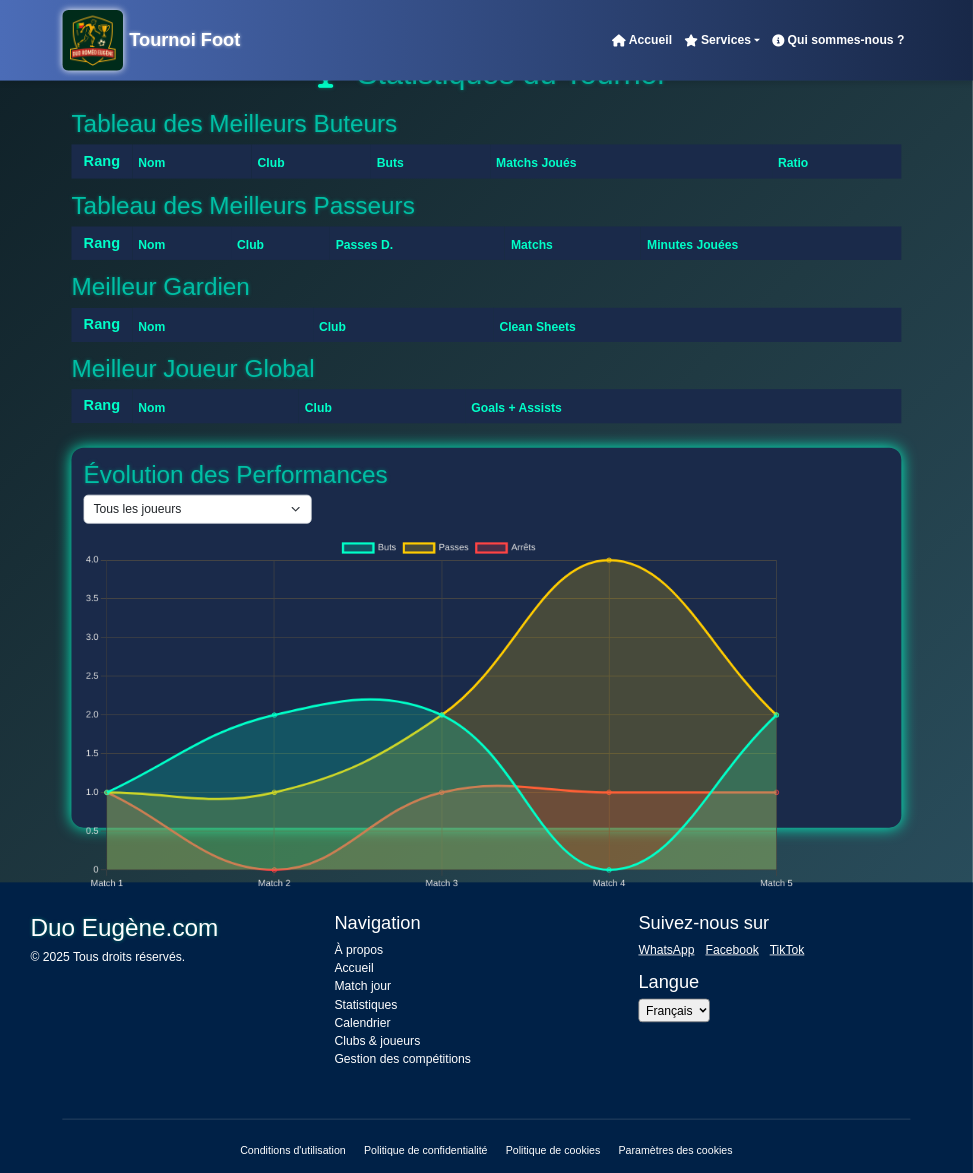
Repository: KILAYOSSI/tournoi_foot
Page: templates/pages/statistiques_football.html.twig
The author's editor kept a copy of each file at every save. The page is drawn from the files as they stood at one save, then again after the next save.
The browser window is 1280 px wide. The pictures show the whole page, at 76% of full size.
The page is a Twig template of a Symfony application; nobody is signed in and links lead nowhere. The template is opened directly, without the code that normally fills it, so the values that code supplies are empty.

Above is the page before, as saved 2025-06-27 03:39:38.

### templates/pages/statistiques_football.html.twig
{% extends 'base.html.twig' %}

{% block title %}Statistiques Football{% endblock %}

{% block stylesheets %}
    {{ parent() }}
    <link href="https://cdn.jsdelivr.net/npm/bootstrap@5.3.0/dist/css/bootstrap.min.css" rel="stylesheet" />
    <link href="https://cdnjs.cloudflare.com/ajax/libs/font-awesome/6.4.0/css/all.min.css" rel="stylesheet" />
    <style>
        body {
            background: linear-gradient(135deg, #0f2027, #203a43, #2c5364);
            color: #e0e0e0;
            font-family: 'Poppins', sans-serif;
        }
        h1, h2 {
            color: #00bfa5;
            text-shadow: 0 0 5px #00796b;
        }
        .table thead th {
            background: #1a2a4a;
            color: #00ffc8;
            border: none;
        }
        .table tbody tr {
            background: #16213e;
            transition: background-color 0.3s ease;
        }
        .table tbody tr:hover {
            background-color: #00ffc8;
            color: #0f3460;
            cursor: pointer;
        }
        .icon-soccer-ball {
            color: #00ffc8;
            margin-right: 0.5rem;
        }
        .chart-container {
            position: relative;
            height: 500px;
            margin-top: 2rem;
            background: #1a2a4a;
            border-radius: 1rem;
            padding: 1rem;
            box-shadow: 0 0 20px #00ffc8;
        }
        .filter-select {
            max-width: 300px;
            margin-bottom: 1rem;
        }
        .dark-mode {
            background: #121212;
            color: #e0e0e0;
        }
        .fade-in {
            animation: fadeIn 1s ease forwards;
        }
        @keyframes fadeIn {
            from {opacity: 0;}
            to {opacity: 1;}
        }
        /* Nouveau style pour le classement avec trophées */
        .rank-column {
            width: 80px;
            text-align: center;
            font-weight: bold;
            font-size: 1.2rem;
            color: #ffd700;
            position: relative;
        }
        .trophy {
            font-size: 1.5rem;
            position: absolute;
            top: -10px;
            right: -25px;
            animation: bounce 1s infinite alternate;
        }
        .trophy.first {
            color: gold;
        }
        .trophy.second {
            color: silver;
        }
        @keyframes bounce {
            from { transform: translateY(0); }
            to { transform: translateY(-10px); }
        }
    </style>
{% endblock %}

{% block body %}
<div class="container py-5">
    <h1 class="text-center mb-4"><i class="fas fa-trophy icon-soccer-ball"></i> Statistiques du Tournoi</h1>

    <h2>Tableau des Meilleurs Buteurs</h2>
    <table class="table table-striped table-hover">
        <thead>
            <tr>
                <th class="rank-column">Rang</th>
                <th>Nom</th>
                <th>Club</th>
                <th>Buts</th>
                <th>Matchs Joués</th>
                <th>Ratio</th>
            </tr>
        </thead>
        <tbody>
            {% for joueur in meilleursButeurs %}
            <tr>
                <td class="rank-column">
                    {{ loop.index }}
                    {% if loop.index == 1 %}
                        <span class="trophy first"><i class="fas fa-trophy"></i></span>
                    {% elseif loop.index == 2 %}
                        <span class="trophy second"><i class="fas fa-trophy"></i></span>
                    {% endif %}
                </td>
                <td>{{ joueur.nom }}</td>
                <td>{{ joueur.club }}</td>
                <td>{{ joueur.buts }}</td>
                <td>{{ joueur.matchs }}</td>
                <td>{{ joueur.ratio is defined ? joueur.ratio|number_format(2) : 'N/A' }}</td>
            </tr>
            {% endfor %}
        </tbody>
    </table>

    <h2>Tableau des Meilleurs Passeurs</h2>
    <table class="table table-striped table-hover">
        <thead>
            <tr>
                <th class="rank-column">Rang</th>
                <th>Nom</th>
                <th>Club</th>
                <th>Passes D.</th>
                <th>Matchs</th>
                <th>Minutes Jouées</th>
            </tr>
        </thead>
        <tbody>
            {% for joueur in meilleursPasseurs %}
            <tr>
                <td class="rank-column">
                    {{ loop.index }}
                    {% if loop.index == 1 %}
                        <span class="trophy first"><i class="fas fa-trophy"></i></span>
                    {% elseif loop.index == 2 %}
                        <span class="trophy second"><i class="fas fa-trophy"></i></span>
                    {% endif %}
                </td>
                <td>{{ joueur.nom }}</td>
                <td>{{ joueur.club }}</td>
                <td>{{ joueur.passes }}</td>
                <td>{{ joueur.matchs }}</td>
                <td>{{ joueur.minutes is defined ? joueur.minutes : 'N/A' }}</td>
            </tr>
            {% endfor %}
        </tbody>
    </table>

    <h2>Meilleur Gardien</h2>
    <table class="table table-striped table-hover">
        <thead>
            <tr>
                <th class="rank-column">Rang</th>
                <th>Nom</th>
                <th>Club</th>
                <th>Clean Sheets</th>
            </tr>
        </thead>
        <tbody>
            {% for gardien in meilleursGardiens %}
            <tr>
                <td class="rank-column">
                    {{ loop.index }}
                    {% if loop.index == 1 %}
                        <span class="trophy first"><i class="fas fa-trophy"></i></span>
                    {% elseif loop.index == 2 %}
                        <span class="trophy second"><i class="fas fa-trophy"></i></span>
                    {% endif %}
                </td>
                <td>{{ gardien.nom }}</td>
                <td>{{ gardien.club }}</td>
                <td>{{ gardien.cleanSheets }}</td>
            </tr>
            {% endfor %}
        </tbody>
    </table>

    <h2>Meilleur Joueur Global</h2>
    <table class="table table-striped table-hover">
        <thead>
            <tr>
                <th class="rank-column">Rang</th>
                <th>Nom</th>
                <th>Club</th>
                <th>Goals + Assists</th>
            </tr>
        </thead>
        <tbody>
            {% for joueur in meilleurJoueurGlobal %}
            <tr>
                <td class="rank-column">
                    {{ loop.index }}
                    {% if loop.index == 1 %}
                        <span class="trophy first"><i class="fas fa-trophy"></i></span>
                    {% elseif loop.index == 2 %}
                        <span class="trophy second"><i class="fas fa-trophy"></i></span>
                    {% endif %}
                </td>
                <td>{{ joueur.nom }}</td>
                <td>{{ joueur.club }}</td>
                <td>{{ joueur.goalsAssists }}</td>
            </tr>
            {% endfor %}
        </tbody>
    </table>

    <div class="chart-container">
        <h2>Évolution des Performances</h2>
        <select id="playerFilter" class="form-select filter-select" aria-label="Filtrer par joueur">
            <option value="all" selected>Tous les joueurs</option>
            {% for joueur in joueurs %}
                <option value="{{ joueur.id }}">{{ joueur.nom }}</option>
            {% endfor %}
        </select>
        <canvas id="performanceChart"></canvas>
    </div>
</div>

<script src="https://cdn.jsdelivr.net/npm/chart.js"></script>
<script>
    const ctx = document.getElementById('performanceChart').getContext('2d');
    let chart;

    const data = {
        labels: [], // Dates ou journées de match
        datasets: [
            {
                label: 'Buts',
                data: [],
                borderColor: '#00ffc8',
                backgroundColor: 'rgba(0, 255, 200, 0.2)',
                fill: true,
                tension: 0.4,
            },
            {
                label: 'Passes',
                data: [],
                borderColor: '#ffcc00',
                backgroundColor: 'rgba(255, 204, 0, 0.2)',
                fill: true,
                tension: 0.4,
            },
            {
                label: 'Arrêts',
                data: [],
                borderColor: '#ff4444',
                backgroundColor: 'rgba(255, 68, 68, 0.2)',
                fill: true,
                tension: 0.4,
            }
        ]
    };

    const config = {
        type: 'line',
        data: data,
        options: {
            responsive: true,
            interaction: {
                mode: 'nearest',
                intersect: false
            },
            plugins: {
                legend: {
                    labels: {
                        color: '#e0e0e0'
                    }
                },
                tooltip: {
                    mode: 'index',
                    intersect: false,
                }
            },
            scales: {
                x: {
                    ticks: { color: '#e0e0e0' },
                    grid: { color: '#444' }
                },
                y: {
                    beginAtZero: true,
                    ticks: { color: '#e0e0e0' },
                    grid: { color: '#444' }
                }
            }
        }
    };

    function updateChart(playerId) {
        // Simule des données aléatoires pour la démonstration
        const labels = ['Match 1', 'Match 2', 'Match 3', 'Match 4', 'Match 5'];
        const buts = [];
        const passes = [];
        const arrets = [];
        for (let i = 0; i < labels.length; i++) {
            buts.push(Math.floor(Math.random() * 3));
            passes.push(Math.floor(Math.random() * 5));
            arrets.push(Math.floor(Math.random() * 4));
        }
        chart.data.labels = labels;
        chart.data.datasets[0].data = buts;
        chart.data.datasets[1].data = passes;
        chart.data.datasets[2].data = arrets;
        chart.update();
    }

    window.onload = function() {
        chart = new Chart(ctx, config);
        updateChart('all');

        document.getElementById('playerFilter').addEventListener('change', function() {
            updateChart(this.value);
        });
    };
</script>
{% endblock %}

### templates/base.html.twig
<!DOCTYPE html>
<html lang="fr">
<head>
    <meta charset="UTF-8" />
    <meta name="viewport" content="width=device-width, initial-scale=1" />
    <title>{% block title %}Tournoi de Football Inter-Village{% endblock %}</title>
    <link href="https://cdn.jsdelivr.net/npm/bootstrap@5.3.0/dist/css/bootstrap.min.css" rel="stylesheet" />
    <link rel="stylesheet" href="{{ asset('css/style.css') }}" />
    <link rel="stylesheet" href="{{ asset('css/custom_home.css') }}" />
    {% block stylesheets %}{% endblock %}
</head>
<body>
    <header>
        <nav class="navbar navbar-expand-lg fixed-top" style="background: linear-gradient(90deg, #4b6cb7 0%, #182848 100%); box-shadow: 0 4px 6px rgba(0,0,0,0.1);">
            <div class="container">
                <a class="navbar-brand d-flex align-items-center" href="{{ path('home') }}" style="font-weight: bold; font-size: 1.5rem; color: white; text-shadow: 0 0 5px rgba(255,255,255,0.7);">
<img src="{{ asset('assets/WhatsApp Image 2025-06-23 à 13.44.55_704b8a70.jpg') }}" alt="Logo" height="80" class="d-inline-block align-text-top me-2" style="filter: drop-shadow(0 0 5px #fff); border-radius: 0.5rem; max-height: 100px; max-width: 100px; object-fit: contain;"/>
                    <span style="color: white;">Tournoi Foot</span>
                </a>
                <button
                    class="navbar-toggler border-0"
                    type="button"
                    data-bs-toggle="collapse"
                    data-bs-target="#megaNavbar"
                    aria-controls="megaNavbar"
                    aria-expanded="false"
                    aria-label="Toggle navigation"
                >
                    <span class="navbar-toggler-icon" style="filter: invert(1);"></span>
                </button>

                <div class="collapse navbar-collapse" id="megaNavbar">
                <ul class="navbar-nav ms-auto mb-2 mb-lg-0 fw-semibold">
                        <li class="nav-item">
                            <a class="nav-link text-white d-flex align-items-center" href="{{ path('home') }}" style="position: relative;">
                                <i class="fas fa-home me-1"></i> Accueil
                                <span class="nav-highlight"></span>
                            </a>
                        </li>
                        <li class="nav-item dropdown">
                            <a class="nav-link dropdown-toggle text-white d-flex align-items-center" href="#" id="servicesDropdown" role="button" data-bs-toggle="dropdown" aria-expanded="false" style="position: relative;">
                                <i class="fas fa-star me-1"></i> Services
                                <span class="nav-highlight"></span>
                            </a>
                            <ul class="dropdown-menu dropdown-menu-dark" aria-labelledby="servicesDropdown" style="background: linear-gradient(135deg, #667eea, #764ba2); border: none; box-shadow: 0 4px 10px rgba(0,0,0,0.3);">
                                <li><a class="dropdown-item text-white" href="{{ path('vote') }}"><i class="fas fa-vote-yea me-2"></i> Vote</a></li>
                                <li><a class="dropdown-item text-white" href="{{ path('match_du_jour') }}"><i class="fas fa-futbol me-2"></i> Matchs du jour</a></li>
                                <li><a class="dropdown-item text-white" href="{{ path('statistiques') }}"><i class="fas fa-chart-bar me-2"></i> Statistiques</a></li>
                                <li><a class="dropdown-item text-white" href="{{ path('calendrier') }}"><i class="fas fa-calendar-alt me-2"></i> Calendrier</a></li>
                                <li><a class="dropdown-item text-white" href="{{ path('clubs_joueurs') }}"><i class="fas fa-users me-2"></i> Clubs & Joueurs</a></li>
                            </ul>
                        </li>
                        <li class="nav-item">
                            <a class="nav-link text-white d-flex align-items-center" href="{{ path('about') }}" style="position: relative;">
                                <i class="fas fa-info-circle me-1"></i> Qui sommes-nous ?
                                <span class="nav-highlight"></span>
                            </a>
                        </li>
                        <li class="nav-item">
                            {# Suppression du menu Contact #}
                        </li>
                    </ul>
                </div>
            </div>
        </nav>
    </header>

    <main class="container my-4">
        {% block body %}{% endblock %}
    </main>

    {% include 'includes/footer.html.twig' %}

    <script src="https://cdn.jsdelivr.net/npm/bootstrap@5.3.0/dist/js/bootstrap.bundle.min.js"></script>
    {% block javascripts %}
    {% endblock %}
</body>
</html>

### templates/includes/footer.html.twig
<footer style="background-color:#002147; color:white; font-family:Arial, sans-serif; padding:40px 20px 20px 20px;">
    <div style="display:flex; flex-wrap:wrap; justify-content:space-between; max-width:1200px; margin:auto;">

        <!-- Logo & Nom -->
        <div style="flex:1; min-width:200px; margin-bottom:20px;">
            <h2 style="color:white;">Duo Eugène.com</h2>
            <p style="line-height:1.5;">© 2025 Tous droits réservés.</p>
        </div>

        <!-- Liens principaux -->
        <div style="flex:1; min-width:200px; margin-bottom:20px;">
            <h4>Navigation</h4>
            <ul style="list-style:none; padding:0;">
                <li><a href="{{ path('about') }}" style="color:white; text-decoration:none;">À propos</a></li>
                <li><a href="{{ path('home') }}" style="color:white; text-decoration:none;">Accueil</a></li>
                <li><a href="{{ path('match_du_jour') }}" style="color:white; text-decoration:none;">Match jour</a></li>
                <li><a href="{{ path('statistiques') }}" style="color:white; text-decoration:none;">Statistiques</a></li>
                <li><a href="{{ path('calendrier') }}" style="color:white; text-decoration:none;">Calendrier</a></li>
                <li><a href="{{ path('clubs_joueurs') }}" style="color:white; text-decoration:none;">Clubs & joueurs</a></li>
                <li><a href="#" style="color:white; text-decoration:none;">Gestion des compétitions</a></li>
            </ul>
        </div>

        <!-- Réseaux sociaux -->
        <div style="flex:1; min-width:200px; margin-bottom:20px;">
            <h4>Suivez-nous sur</h4>
            <p>
                <a href="#" style="color:white; margin-right:10px;">WhatsApp</a>
                <a href="#" style="color:white; margin-right:10px;">Facebook</a>
                <a href="#" style="color:white;">TikTok</a>
            </p>

            <h4>Langue</h4>
            <select style="padding:5px; border-radius:5px;">
                <option value="fr">Français</option>
                <option value="en">English</option>
            </select>
        </div>
    </div>

    <hr style="margin:30px auto; width:90%; border-color:#ccc;">

    <!-- Conditions légales -->
    <div style="text-align:center; font-size:14px;">
        <a href="#" style="color:white; margin:0 10px; text-decoration:none;">Conditions d'utilisation</a>
        <a href="#" style="color:white; margin:0 10px; text-decoration:none;">Politique de confidentialité</a>
        <a href="#" style="color:white; margin:0 10px; text-decoration:none;">Politique de cookies</a>
        <a href="#" style="color:white; margin:0 10px; text-decoration:none;">Paramètres des cookies</a>
    </div>
</footer>

### public/css/style.css
/* Style CSS with hover effect green, enlarged statistics title and numbers */

.navbar-nav .nav-link.dropdown-toggle.fs-4.fw-bold.text-danger {
    color: #28a745 !important; /* green color */
}

.navbar-nav .dropdown-menu {
    border: 2px solid #28a745 !important; /* green border */
}

.navbar-nav .nav-link.statistiques-link {
    font-size: 1.2rem;
    font-weight: bold;
    color: #28a745 !important;
}

.cartons-table tbody tr:hover {
    transform: translateY(-5px);
    background-color: #d4edda; /* light green background on hover */
}

h1.text-center.mb-4.fw-bold {
    font-size: 2.5rem !important; /* enlarged title */
    color: #28a745 !important;
}

/* Additional styling for footer */
footer.bg-dark.text-white.text-center.py-5 {
    font-size: 1.1rem;
}

/* Add any other styles you remember from your modifications here */

### public/css/custom_home.css
.custom-margin {
    margin-right: 20px !important;
    float: left !important;
}

.margin-right-only {
    margin-right: 20px !important;
}

/* Styles pour le ticker d'informations défilantes */
.ticker-container {
    width: 100%;
    overflow: hidden;
    background-color: transparent;
    border-top: 1px solid #000;
    border-bottom: 1px solid #000;
    padding: 10px 0;
    box-sizing: border-box;
    position: relative;
    height: 30px;
}

.ticker-text {
    display: inline-block;
    white-space: nowrap;
    color: black;
    font-size: 1rem;
    position: absolute;
    will-change: transform;
    animation: ticker-scroll 15s linear infinite;
}

@keyframes ticker-scroll {
    0% {
        transform: translateX(100%);
    }
    100% {
        transform: translateX(-100%);
    }
}

/* Ajout d'un effet de surbrillance vert gazon sur les éléments du menu navbar */
.navbar-nav .nav-link {
  position: relative;
  transition: background-color 0.3s ease;
}

.navbar-nav .nav-link:hover,
.navbar-nav .nav-link:focus {
  background-color: #4CAF50 !important; /* Couleur vert gazon */
  border-radius: 0.25rem;
  color: white !important;
  z-index: 10;
}

.dropdown-menu .dropdown-item:hover,
.dropdown-menu .dropdown-item:focus {
  background-color: #4CAF50 !important; /* Couleur vert gazon */
  color: white !important;
  cursor: pointer;
  border-radius: 0.25rem;
}

.navbar-nav .nav-link .nav-highlight {
  position: absolute;
  bottom: 0;
  left: 0;
  height: 3px;
  width: 100%;
  background-color: #4CAF50 !important; /* Couleur vert gazon */
  border-radius: 2px 2px 0 0;
  opacity: 0;
  transition: opacity 0.3s ease;
}

.navbar-nav .nav-link:hover .nav-highlight,
.navbar-nav .nav-link:focus .nav-highlight {
  opacity: 1;
}

After the next save:
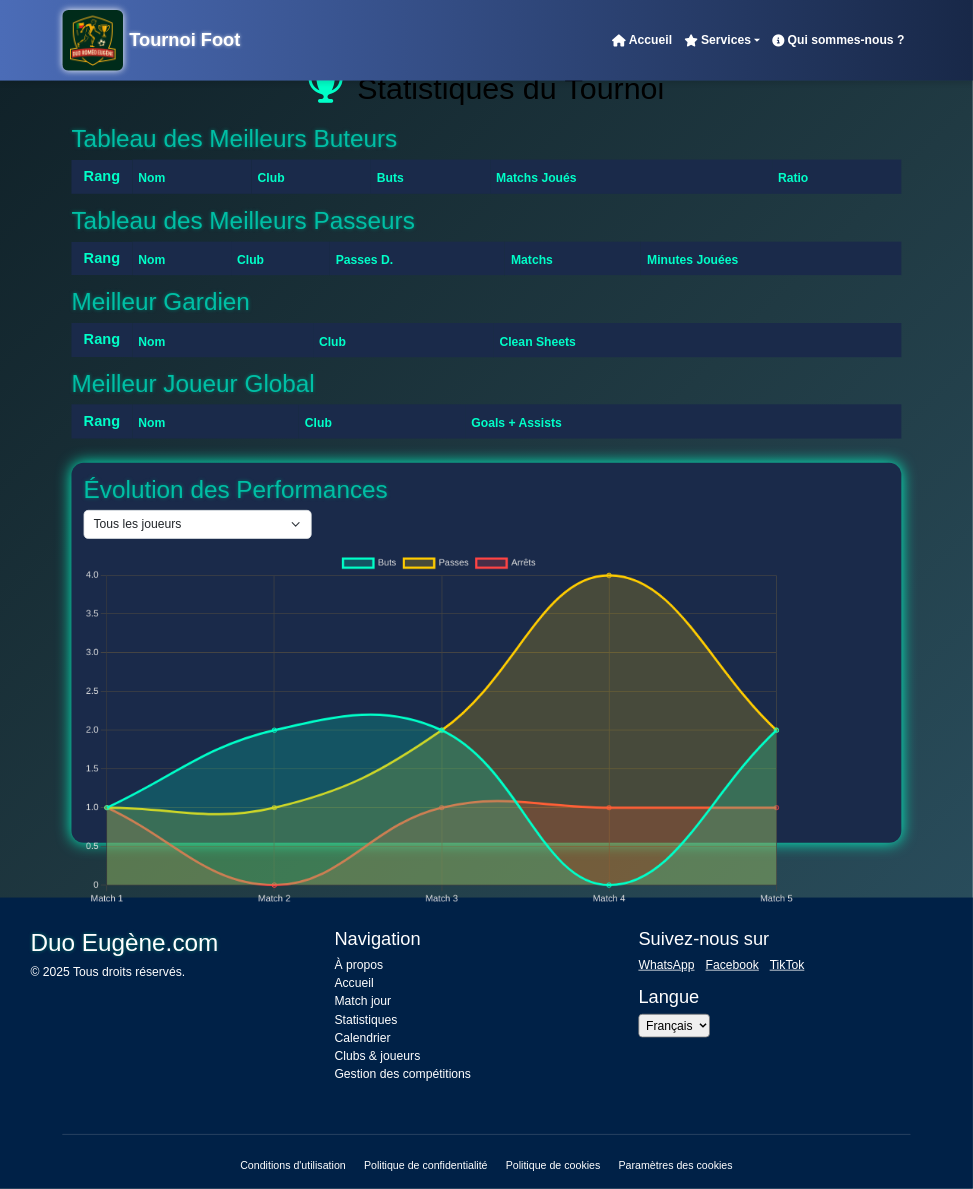
Saved 113 s later.
--- a/templates/pages/statistiques_football.html.twig
+++ b/templates/pages/statistiques_football.html.twig
@@ -15,6 +15,11 @@
         h1, h2 {
             color: #00bfa5;
             text-shadow: 0 0 5px #00796b;
+        }
+        h1.text-center {
+            margin-top: 20px;
+            color: #000000;
+            text-shadow: none;
         }
         .table thead th {
             background: #1a2a4a;
